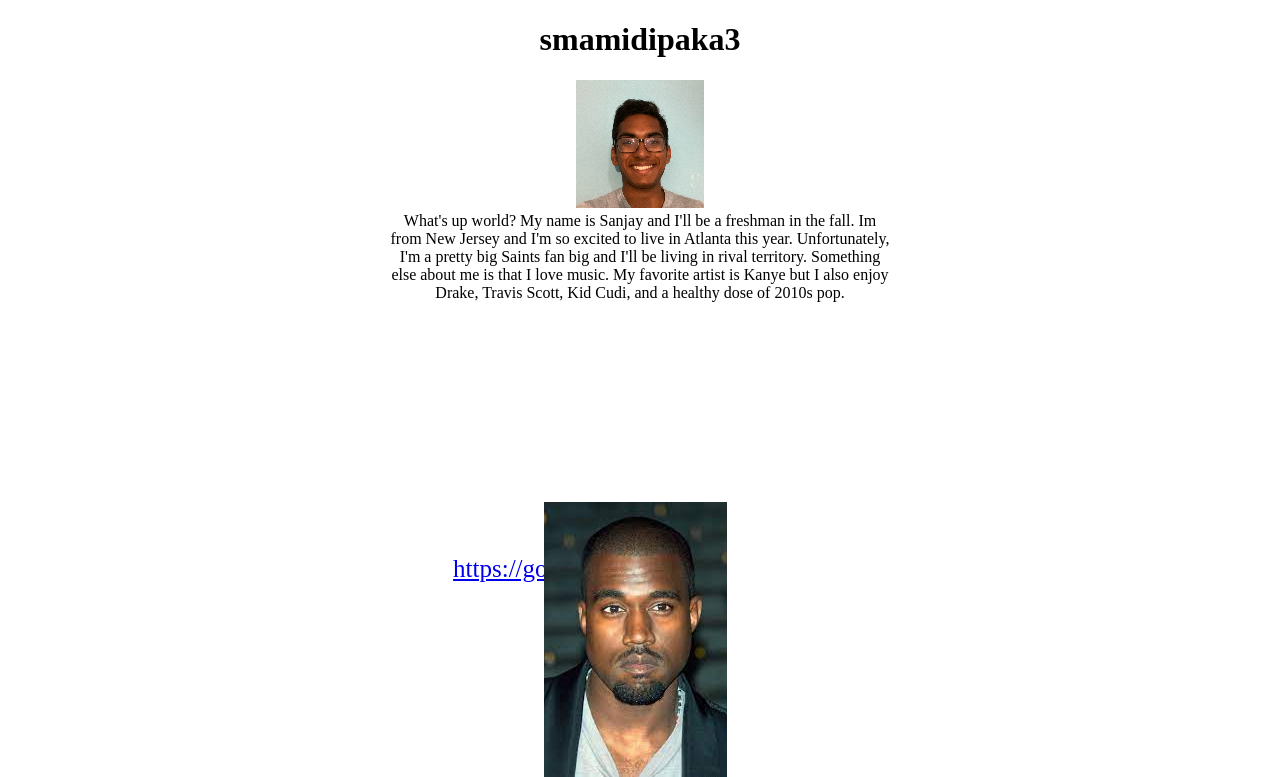
Repository: sanjayMamidipaka/cs1301
Page: lab01/index.html
The author's editor kept a copy of each file at every save. The page is drawn from the files as they stood at one save, then again after a run of saves.
The browser window is 1280 px wide. The pictures show the whole page.

Above is the page before, as saved 2021-07-22 16:17:19.

### lab01/index.html
<!DOCTYPE html>

<head>
    <link rel="stylesheet" href="style.css">
  </head>

  <div class = "h1">
    <h1>smamidipaka3</h1>

    <img src="image.png" alt="My Picture">
    <p class = 'description'>
        What's up world? My name is Sanjay and I'll be a freshman in the fall. Im from New Jersey and I'm so excited to live in Atlanta this year.
        Unfortunately, I'm a pretty big Saints fan big and I'll be living in rival territory. Something else about me is that I love music. My favorite artist is Kanye but
        I also enjoy Drake, Travis Scott, Kid Cudi, and a healthy dose of 2010s pop.
    </p>

    <a class='link' href="https://google.com">https://google.com</a>

    <a href="https://www.kanyewest.com/" >
        <img class='kanye' src="kanye.jpeg" alt="The GOAT's pic">
    </a>
  </div>

### lab01/style.css
.h1 {
    text-align: center
}

.description {
    width: 500px;
    text-align: center;
    margin: auto;
}

.link {
    font-size: 25px;
    position: relative;
}

.kanye {
    position: relative;
    left: -100px;
    top: 200px;
}

After the next 2 saves:
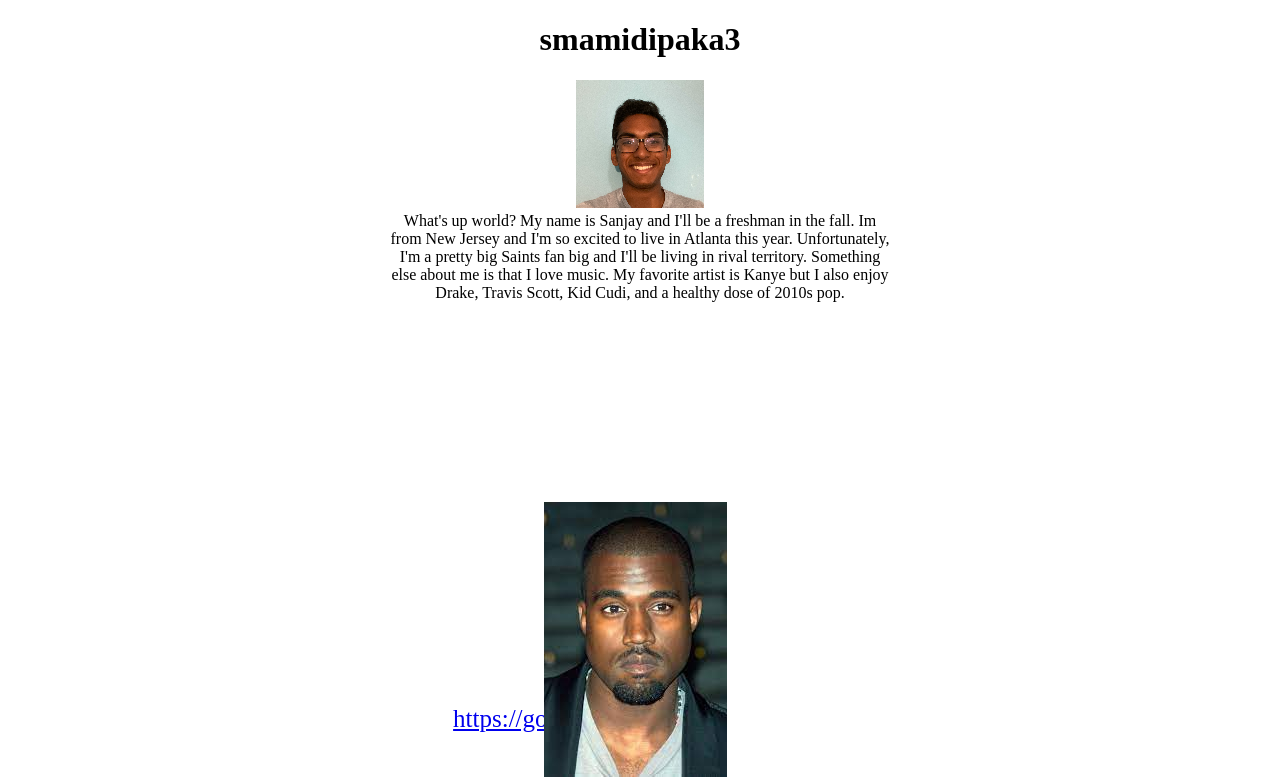
The 2 saves are shown as one change because they came seconds apart.
The last was saved 9 s later.
--- a/lab01/style.css
+++ b/lab01/style.css
@@ -11,6 +11,7 @@
 .link {
     font-size: 25px;
     position: relative;
+    top: 150px;
 }
 
 .kanye {
